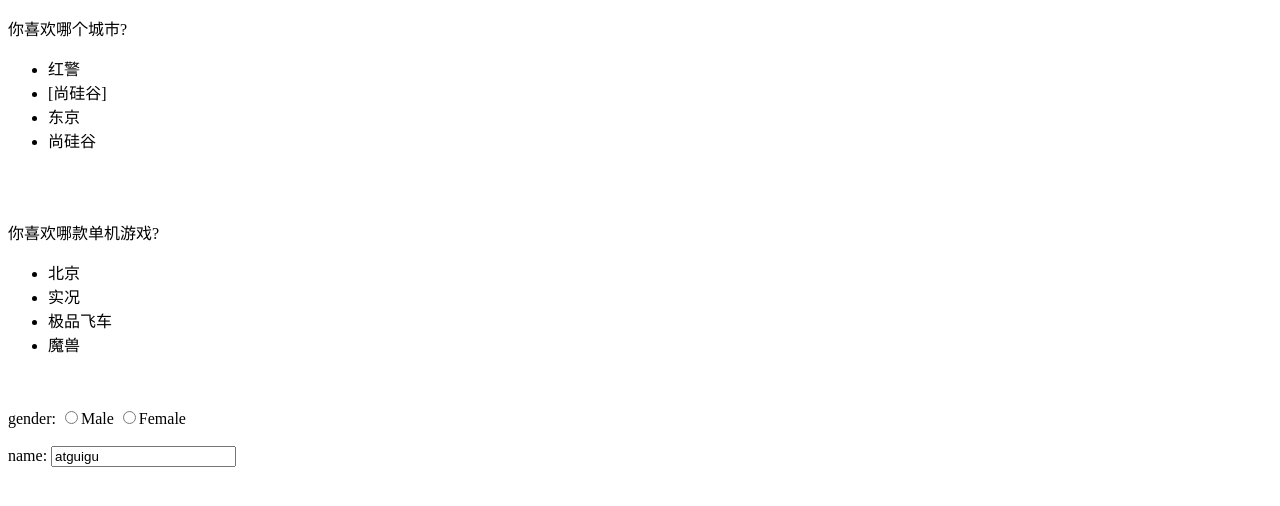
Repository: smilebingbing/java
Page: day_1/WebContent/dom-6.html
These files come from the project's save history. The page is drawn as it stood at one moment and after the next save; the edit follows.
The browser window is 1280 px wide. The pictures show the whole page.

Above is the page before, as saved 2016-10-19 13:48:22.

After the next save:
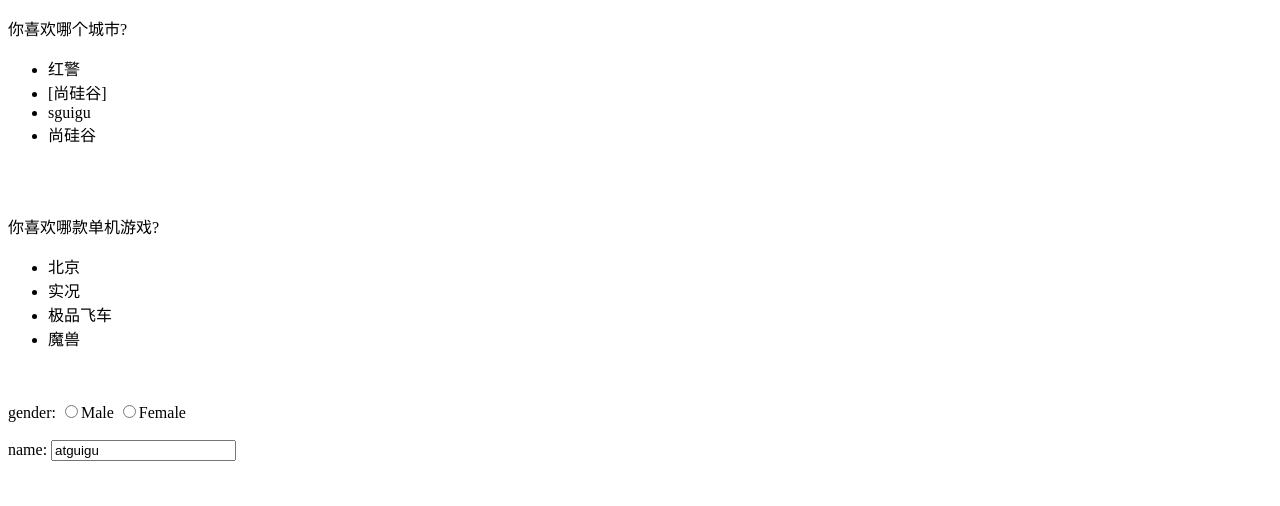
Saved 3 min 22 s later.
--- a/day_1/WebContent/dom-6.html
+++ b/day_1/WebContent/dom-6.html
@@ -23,6 +23,7 @@
 				//2. 创建一个 <li>[尚硅谷]</li> 节点,
 				//替换 #city 的第二个 li 子节点
 				$("#city li:eq(1)").replaceWith($("<li>[尚硅谷]</li>"));
+				$("#city li:eq(2)").replaceWith($("<li>sguigu</li>"));
 
 
 				//3. 互换以下两个节点: #rl 和 #bj. 还有移动的功能.
